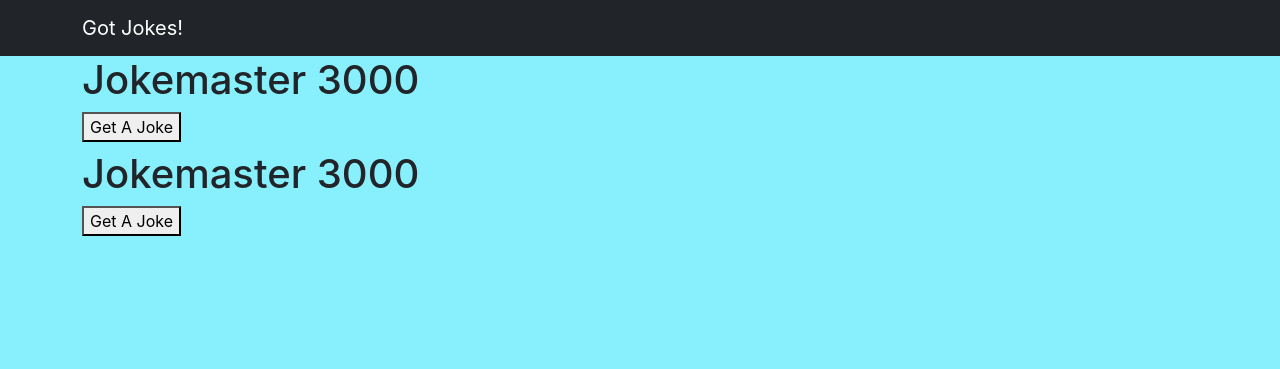
Repository: jontslater/LAB-joke-generator-react
Page: /
An editor plug-in stored every save of this project. The page is shown before and after the next save, followed by the edit.
The browser window is 1280 px wide. The pictures show the whole page.
The project was rebuilt for these pictures with package versions that can differ from the ones it lists, and the page was loaded fresh each time. The framework's server and built-in components were replaced by stand-ins that run in the browser. Also part of the build but not shown: next.config.js.

Above is the page before, as saved 2024-01-12 15:29:30.

### pages/_app.js
/* eslint-disable react/prop-types */
import 'bootstrap/dist/css/bootstrap.min.css';
import '../styles/globals.css';
import NavBar from '../components/NavBar';

function MyApp({ Component, pageProps }) {
  return (
    <>
      <NavBar />
      <div className="container">
        <Component {...pageProps} />
      </div>
    </>
  );
}

export default MyApp;

### pages/index.js
import React from 'react';
import Jokes from '../components/Jokes';

function Home() {
  return (
    <>
      <Jokes title="1" />
      <Jokes title="2" />
    </>
  );
}

export default Home;

### components/NavBar.js
/* eslint-disable jsx-a11y/anchor-is-valid */
import React from 'react';
import Link from 'next/link';
import {
  Navbar, Container, Nav,
} from 'react-bootstrap';

export default function NavBar() {
  return (
    <Navbar collapseOnSelect expand="lg" bg="dark" variant="dark">
      <Container>
        <Link passHref href="/">
          <Navbar.Brand>Got Jokes!</Navbar.Brand>
        </Link>
        <Navbar.Toggle aria-controls="responsive-navbar-nav" />
        <Navbar.Collapse id="responsive-navbar-nav">
          <Nav className="me-auto">
            {/* CLOSE NAVBAR ON LINK SELECTION: https://stackoverflow.com/questions/72813635/collapse-on-select-react-bootstrap-navbar-with-nextjs-not-working */}
            {/* <Link passHref href="/">
              <Nav.Link>Home</Nav.Link>
            </Link> */}
          </Nav>
        </Navbar.Collapse>
      </Container>
    </Navbar>
  );
}

### components/Jokes.js
import { useState } from 'react';

function Jokes() {
  const initialValue = 'Get A Joke';
  const [buttonText, setButtonText] = useState(initialValue);
  const [jokes, setJokes] = useState('FirstCard');

  function getJokes() {
    fetch('https://v2.jokeapi.dev/joke/Programming?safe-mode&type=twopart')
      .then((response) => response.json())
      .then((data) => {
        setJokes(data);
      });
  }

  // useEffect(() => {
  // });

  const handleClick = () => {
    setButtonText('get punchline');
  };

  return (
    <>
      <h1>Jokemaster 3000</h1>
      {jokes === 'FirstCard' && (
      <button
        type="button"
        onClick={() => {
          getJokes();
          handleClick();
        }}
      >{buttonText}
      </button>
      ) }

      <h1>{jokes.setup}</h1>
    </>
  );
}

export default Jokes;

Loaded but not shown: styles/globals.css (common file)

After the next save:
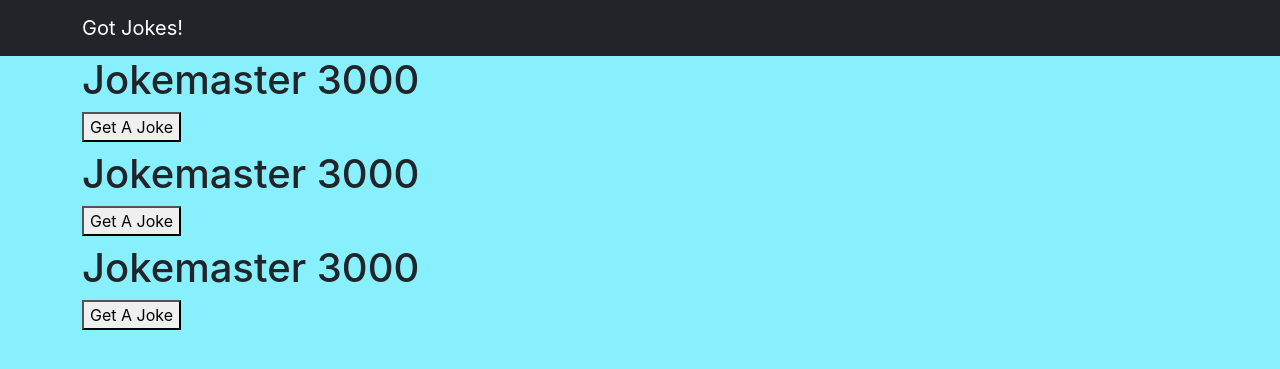
Saved 6 min 51 s later.
--- a/pages/index.js
+++ b/pages/index.js
@@ -6,6 +6,7 @@ function Home() {
     <>
       <Jokes title="1" />
       <Jokes title="2" />
+      <Jokes title="3" />
     </>
   );
 }
--- a/components/Jokes.js
+++ b/components/Jokes.js
@@ -1,6 +1,6 @@
 import { useState } from 'react';
 
-function Jokes() {
+function Jokes({ title }) {
   const initialValue = 'Get A Joke';
   const [buttonText, setButtonText] = useState(initialValue);
   const [jokes, setJokes] = useState('FirstCard');
@@ -25,6 +25,7 @@ function Jokes() {
       <h1>Jokemaster 3000</h1>
       {jokes === 'FirstCard' && (
       <button
+        title="1"
         type="button"
         onClick={() => {
           getJokes();
